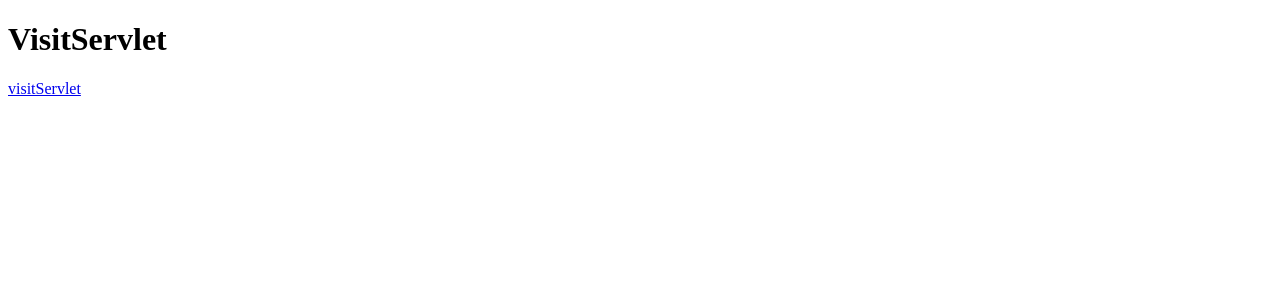
Repository: debratan/Servlet
Page: http://localhost/Session/
An editor plug-in stored every save of this project. The page is shown before and after the next save, followed by the edit.
The browser window is 1280 px wide. The pictures show the whole page.
The page is served by Tomcat 9.

Above is the page before, as saved 2024-08-15 18:11:02.

After the next save:
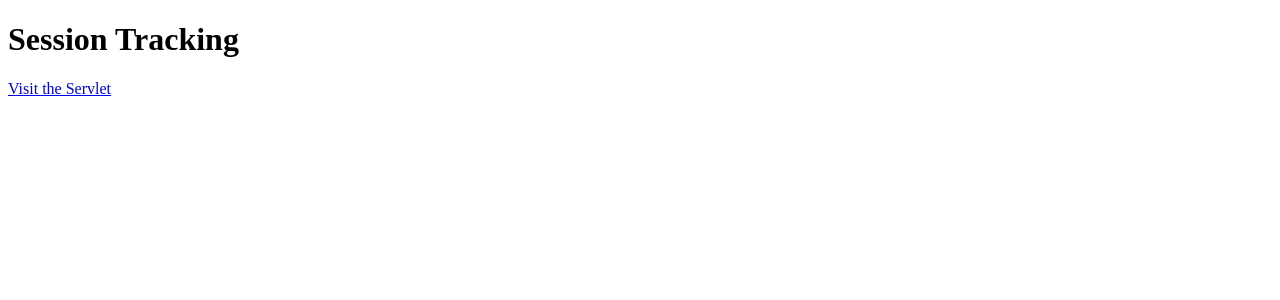
Saved 55 s later.
--- a/Session/src/main/webapp/index.jsp
+++ b/Session/src/main/webapp/index.jsp
@@ -2,12 +2,11 @@
 <html>
 <head>
 <meta charset="ISO-8859-1">
-<title>VisitCount</title>
+<title>Session</title>
 </head>
 <body>
-	<h1>VisitServlet</h1>
-
-	<a href="VisitCounterServlet">visitServlet</a>
+  <h1>Session Tracking</h1>
+    <a href="SessionTrackingServlet">Visit the Servlet</a>
 
 </body>
 </html>
